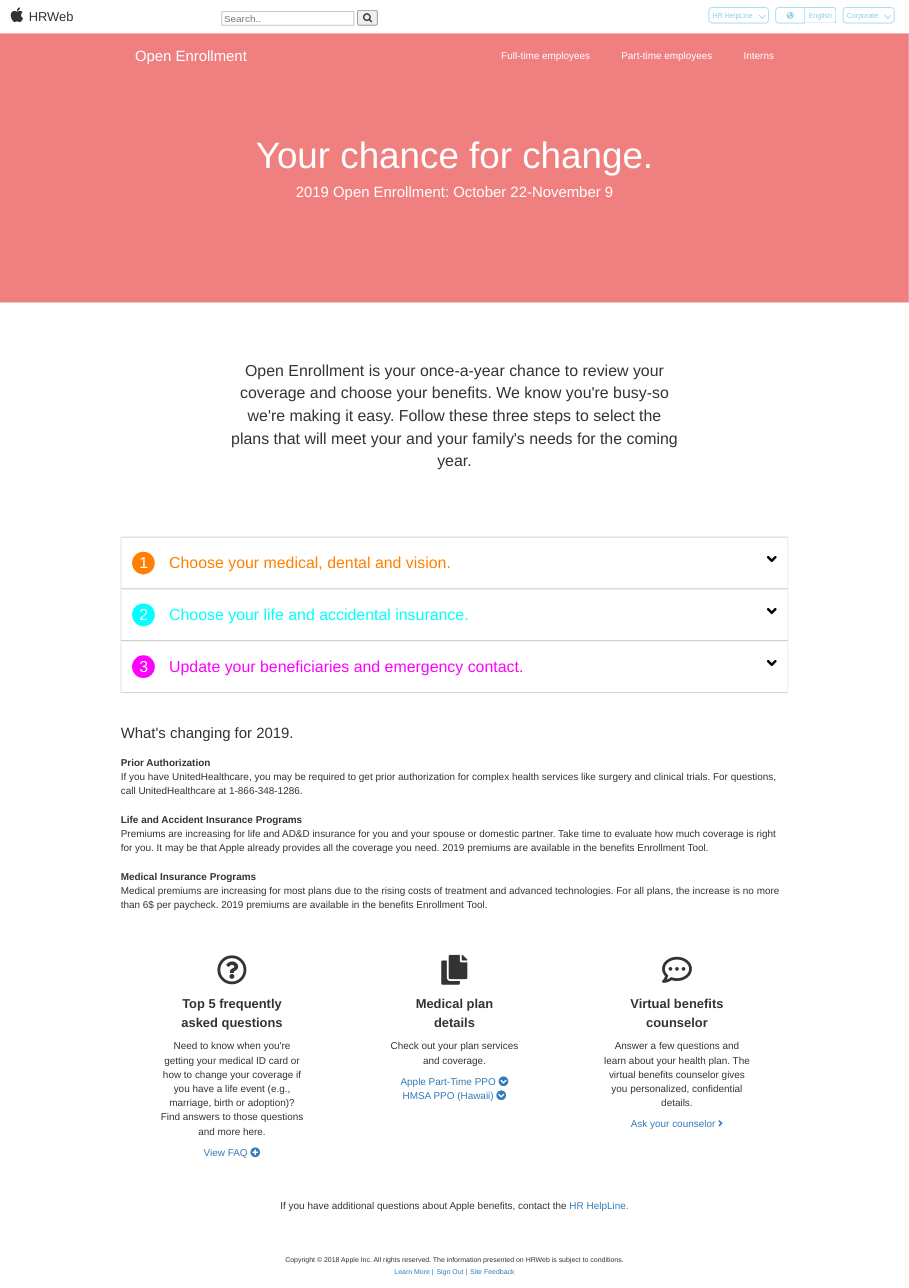
Repository: rmcc0724/templates
Page: index.html
The author's editor kept a record of every edit. The page is drawn from the files as they stood at one moment, then again after the next edit.
The browser window is 1280 px wide. The pictures show the whole page, at 71% of full size.
Some web libraries are served in a nearby version.

Above is the page before.

After the next edit:
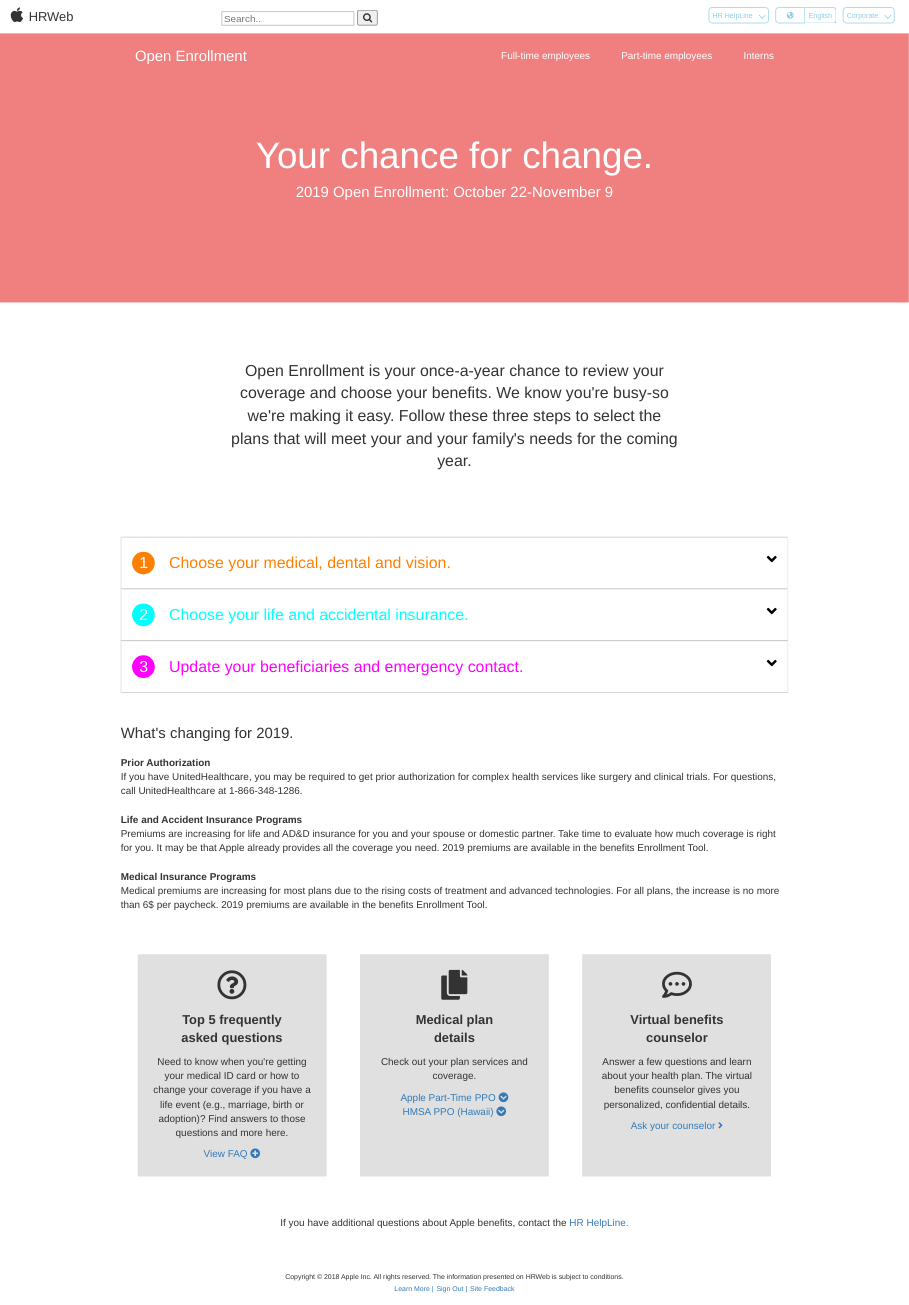
The edit:
--- a/css/responsive.css
+++ b/css/responsive.css
@@ -88,8 +88,8 @@
 
     .bottom div {
  width: 28.33%;
-        margin: 0 auto;
-    }
+ margin: 0 auto;
+ }
 
 
     .bottom {
@@ -247,6 +247,11 @@
     margin-bottom: 15px;
 }
 
+.faq {
+    background-color: #e0e0e0;
+    padding: 22px;
+}
+
 
     /************************************************/
     /*    Footer:       */
